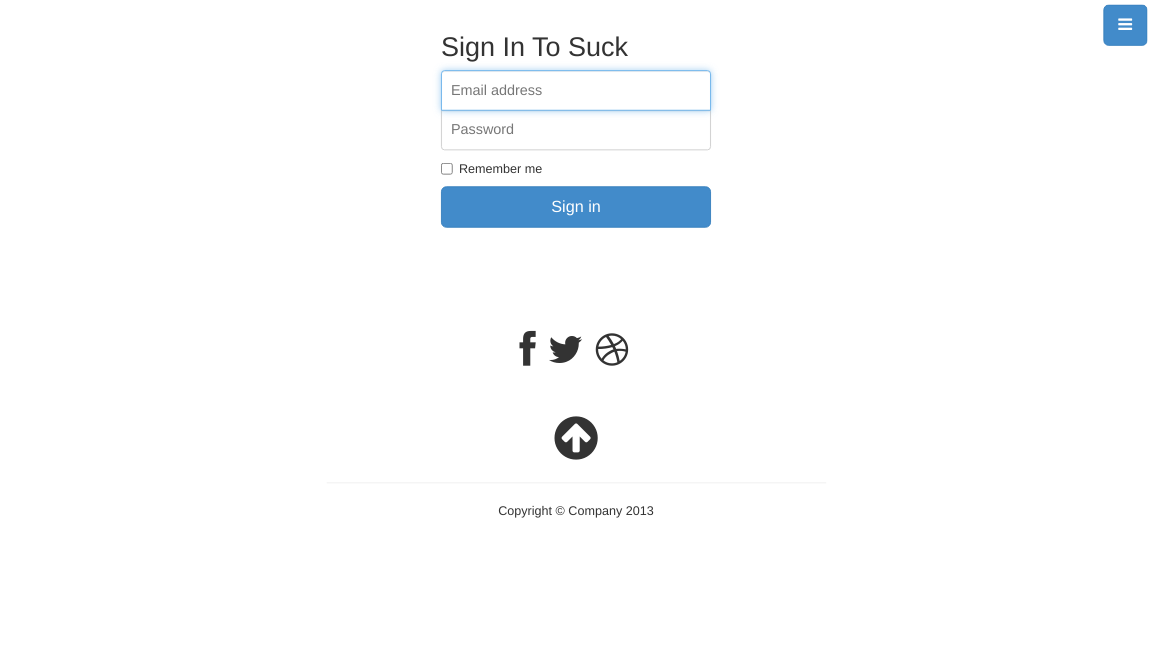
Repository: rajisreehari/sr
Page: http://localhost/SRWeb/WEB-INF/views/sr/signin.jsp
An editor plug-in stored every save of this project. The page is shown before and after the next save, followed by the edit.
The browser window is 1280 px wide. The pictures show the whole page, at 90% of full size.
Backgrounds fixed to the window are drawn as part of the page. The page is served by Tomcat 9. Nobody is signed in. Other server files are loaded and not shown. The template is opened directly, without the code that normally fills it, so the values that code supplies are empty.

Above is the page before, as saved 2014-07-16 22:43:11.

### SRWeb/WebContent/WEB-INF/views/sr/signin.jsp
<jsp:include page="../common/head.jsp" />
<%@ taglib prefix="form" uri="http://www.springframework.org/tags/form" %>

<div class="container">

	<form:form class="form-signin" role="form">
		<h2 class="form-signin-heading">Sign In To Suck</h2>
		<input type="email" class="form-control" placeholder="Email address"
			required autofocus> <input type="password"
			class="form-control" placeholder="Password" required>
		<div class="checkbox">
			<label> <input type="checkbox" value="remember-me">
				Remember me
			</label>
		</div>
		<button class="btn btn-lg btn-primary btn-block" type="submit">Sign
			in</button>
	</form:form>

</div>
<!-- /container -->

<jsp:include page="../common/footer.jsp" />

### SRWeb/WebContent/WEB-INF/views/common/head.jsp
<%@ taglib prefix="c" uri="http://java.sun.com/jsp/jstl/core" %>

<!DOCTYPE html>
<html lang="en">

<head>
    <meta charset="utf-8">
    <meta name="viewport" content="width=device-width, initial-scale=1.0">
    <meta name="description" content="">
    <meta name="author" content="">


    <title>Suck Rate</title>

    <!-- Bootstrap core CSS -->
    <link href="<c:url value='/static/css/bootstrap.css'/>" rel="stylesheet">

    <link href="<c:url value='/static/css/signin.css'/>" rel="stylesheet">

    <!-- Add custom CSS here -->
    <link href="<c:url value='/static/css/stylish-portfolio.css'/>" rel="stylesheet">
    <link href="<c:url value='/static/font-awesome/css/font-awesome.min.css'/>" rel="stylesheet">
</head>

<body>
<jsp:include page="../common/sidemenu.jsp" />

### SRWeb/WebContent/WEB-INF/views/common/sidemenu.jsp
<%@ taglib prefix="c" uri="http://java.sun.com/jsp/jstl/core" %>

</style>
    <!-- Side Menu -->
    <a id="menu-toggle" href="#" class="btn btn-primary btn-lg toggle"><i class="fa fa-bars"></i></a>
    <div id="sidebar-wrapper">
        <ul class="sidebar-nav">
            <a id="menu-close" href="#" class="btn btn-default btn-lg pull-right toggle"><i class="fa fa-times"></i></a>
            <li class="sidebar-brand"><a href="<c:url value='/home'/>">Suck Rate</a></li>
            <li><a href="#register"><a href="<c:url value='/signin'/>">Sucker Sign In</a></li>
            <li><a href="#register"><a href="<c:url value='/register'/>">Register To Suck</a></li>
            <li><a href="#portfolio"><a href="<c:url value='/sucksomething'/>">Suck Something</a></li>
            <li><a href="#about"><a href="<c:url value='/about'/>">About</a></li>
            <li><a href="#contact"><a href="<c:url value='/contact'/>">Contact</a></li>
        </ul>
    </div>

    <!-- /Side Menu -->

### SRWeb/WebContent/static/css/signin.css
.form-signin {
  max-width: 330px;
  padding: 15px;
  margin: 0 auto;
}
.form-signin .form-signin-heading,
.form-signin .checkbox {
  margin-bottom: 10px;
}
.form-signin .checkbox {
  font-weight: normal;
}
.form-signin .form-control {
  position: relative;
  height: auto;
  -webkit-box-sizing: border-box;
     -moz-box-sizing: border-box;
          box-sizing: border-box;
  padding: 10px;
  font-size: 16px;
}
.form-signin .form-control:focus {
  z-index: 2;
}
.form-signin input[type="email"] {
  margin-bottom: -1px;
  border-bottom-right-radius: 0;
  border-bottom-left-radius: 0;
}
.form-signin input[type="password"] {
  margin-bottom: 10px;
  border-top-left-radius: 0;
  border-top-right-radius: 0;
}

### SRWeb/WebContent/static/css/stylish-portfolio.css
/* Global Styles */

html,
body {
  height: 100%;
  width: 100%;
}

.vert-text {
  display: table-cell;
  vertical-align: middle;
  text-align: center;
}

.vert-text h1 {
  padding: 0;
  margin: 0;
  font-size: 4.5em;
  font-weight: 700;
}

/* Side Menu */

#sidebar-wrapper {
  margin-right: -250px;
  right: 0;
  width: 250px;
  background: #000;
  position: fixed;
  height: 100%;
  overflow-y: auto;
  z-index: 1000;
  -webkit-transition: all 0.4s ease 0s;
  -moz-transition: all 0.4s ease 0s;
  -ms-transition: all 0.4s ease 0s;
  -o-transition: all 0.4s ease 0s;
  transition: all 0.4s ease 0s;
}

.sidebar-nav {
  position: absolute;
  top: 0;
  width: 250px;
  list-style: none;
  margin: 0;
  padding: 0;
}

.sidebar-nav li {
  line-height: 40px;
  text-indent: 20px;
}

.sidebar-nav li a {
  color: #999999;
  display: block;
  text-decoration: none;
}

.sidebar-nav li a:hover {
  color: #fff;
  background: rgba(255,255,255,0.2);
  text-decoration: none;
}

.sidebar-nav li a:active,
.sidebar-nav li a:focus {
  text-decoration: none;
}

.sidebar-nav > .sidebar-brand {
  height: 55px;
  line-height: 55px;
  font-size: 18px;
}

.sidebar-nav > .sidebar-brand a {
  color: #999999;
}

.sidebar-nav > .sidebar-brand a:hover {
  color: #fff;
  background: none;
}

#menu-toggle {
  top: 0;
  right: 0;
  position: fixed;
  z-index: 1;
}

#sidebar-wrapper.active {
  right: 250px;
  width: 250px;
  -webkit-transition: all 0.4s ease 0s;
  -moz-transition: all 0.4s ease 0s;
  -ms-transition: all 0.4s ease 0s;
  -o-transition: all 0.4s ease 0s;
  transition: all 0.4s ease 0s;
}

.toggle {
  margin: 5px 5px 0 0;
}

/* Full Page Image Header Area */

.header {
  display: table;
  height: 100%;
  width: 100%;
  position: relative;
  background: url(../img/bg.jpg) no-repeat center center fixed;
  -webkit-background-size: cover;
  -moz-background-size: cover;
  -o-background-size: cover;
  background-size: cover;
}

/* Intro */

.intro {
  padding: 50px 0;
}

/* Services */

.services {
  background: #7fbbda;
  padding: 50px 0;
  color: #ffffff;
}

.service-item {
  margin-bottom: 15px;
}

i.service-icon {
  border: 3px solid #ffffff;
  border-radius: 50%;
  display: inline-block;
  font-size: 56px;
  width: 140px;
  height: 140px;
  line-height: 136px;
  vertical-align: middle;
  text-align: center;
}

/* Callout */

.callout {
  color: #ffffff;
  display: table;
  height: 400px;
  width: 100%;
  background: url(../img/callout.jpg) no-repeat center center fixed;
  -webkit-background-size: cover;
  -moz-background-size: cover;
  -o-background-size: cover;
  background-size: cover;
}

/* Portfolio */

.portfolio {
  padding: 50px 0;
}

.portfolio-item {
  margin-bottom: 25px;
}

.img-portfolio {
  margin: 0 auto;
}


/* Call to Action */

.call-to-action {
  color: #ffffff;
  background: #0a5175;
  padding: 50px 0;
}

.call-to-action .btn {
  margin: 10px;
}

/* Map */

.map {
  height: 500px;
}

/* Footer */

footer {
  padding: 100px 0;
}

.top-scroll {
  margin-top: 50px;
}

.top-scroll a {
  text-decoration: none;
  color: inherit;
}

i.scroll {
  color: #333333;
}

i.scroll:hover {
  color: #0a5175;
}
/* Responsive */

@media (max-width: 768px) {

  .header {
	background: url(../img/bg.jpg) no-repeat center center scroll;
  }

  .callout {
	background: url(../img/callout.jpg) no-repeat center center scroll;
  }

  .map {
	height: 75%;
  }

}

Loaded but not shown: SRWeb/WebContent/WEB-INF/views/common/footer.jsp (common file); SRWeb/WebContent/static/css/bootstrap.css (library); SRWeb/WebContent/static/font-awesome/css/font-awesome.min.css (library); SRWeb/WebContent/static/js/jquery-1.11.1.min.js (library); SRWeb/WebContent/static/js/bootstrap.min.js (library)

After the next save:
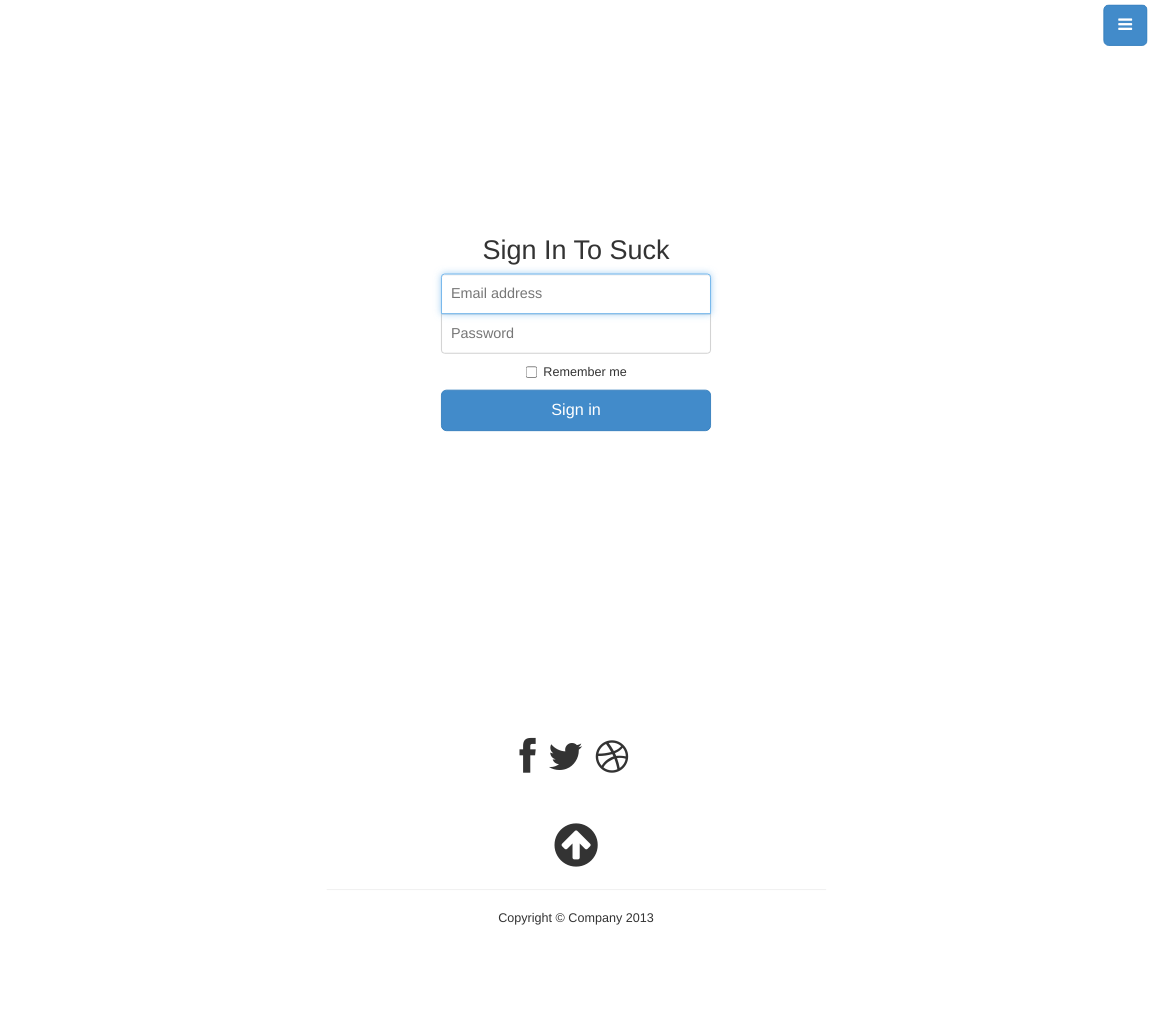
Saved 113 s later.
--- a/SRWeb/WebContent/WEB-INF/views/sr/signin.jsp
+++ b/SRWeb/WebContent/WEB-INF/views/sr/signin.jsp
@@ -1,5 +1,10 @@
 <jsp:include page="../common/head.jsp" />
 <%@ taglib prefix="form" uri="http://www.springframework.org/tags/form" %>
+
+
+<!-- Full Page Image Header Area -->
+<div id="top" class="header">
+    <div class="vert-text">
 
 <div class="container">
 
@@ -20,4 +25,9 @@
 </div>
 <!-- /container -->
 
+
+    </div>
+</div>
+
+
 <jsp:include page="../common/footer.jsp" />
